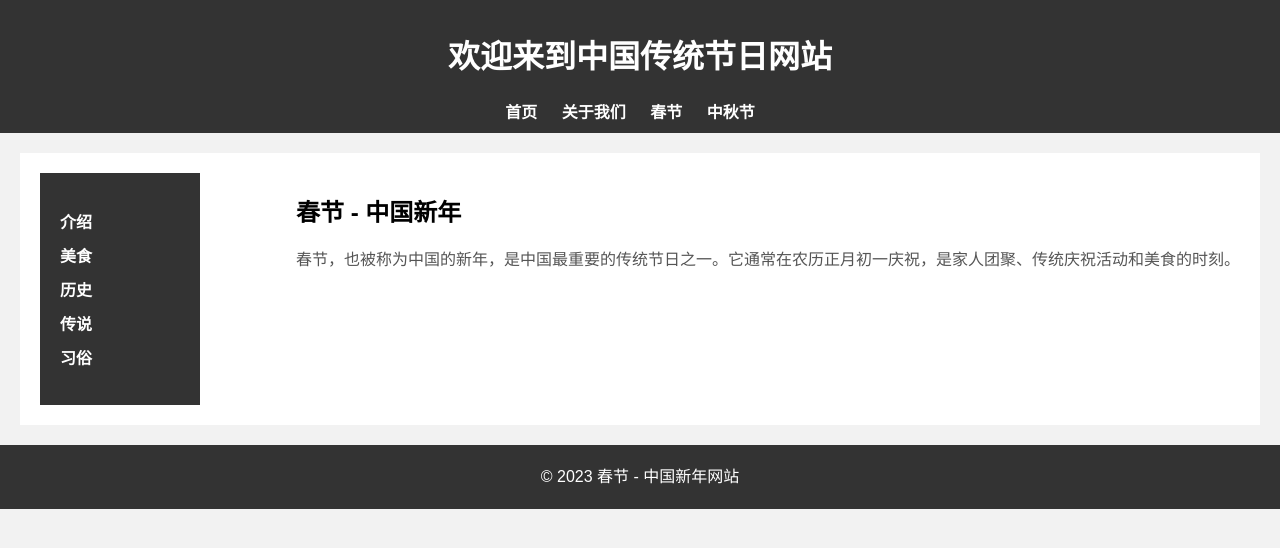
Repository: XueJie1/computer-operation-basics
Page: pages/springfes/springfestival.html
These files come from the project's save history. The page is drawn as it stood at one moment and after the next save; the edit follows.
The browser window is 1280 px wide. The pictures show the whole page.

Above is the page before, as saved 2023-08-31 18:14:54.

### pages/springfes/springfestival.html
<!DOCTYPE html>
<html lang="zh-CN">

<head>
    <meta charset="UTF-8">
    <meta name="viewport" content="width=device-width, initial-scale=1.0">
    <title>春节 - 中国新年</title>
    <link rel="stylesheet" type="text/css" href="../../css/styles.css" />
    <script src="https://cdn.bootcdn.net/ajax/libs/jquery/3.6.4/jquery.js"></script>
    <script src="../../js/main.js"></script>
</head>

<body>
    <div class="header">
        <h1>欢迎来到中国传统节日网站</h1>
        <nav>
            <ul>
                <li><a href="../../index.html">首页</a></li>
                <li><a href="../../about.html">关于我们</a></li>
                <li><a href="../springfes/springfestival.html">春节</a></li>
                <li><a href="../midautumn/midautumnfestival.html">中秋节</a></li>
            </ul>
        </nav>
    </div>
    <main>
        <div class="container">
            <div class="sidebar">
                <!-- 侧边栏 -->
                <ul>
                    <li><a href="#introduction">介绍</a></li>
                    <li><a href="#cuisine">美食</a></li>
                    <li><a href="#history">历史</a></li>
                    <li><a href="#legend">传说</a></li>
                    <li><a href="#customs">习俗</a></li>
                </ul>
            </div>

            <!-- 介绍 -->
            <section id="introduction">
                <div id="introduction"></div>
            </section>

            <!-- 美食 -->
            <section id="cuisine" style="display: none;">
                <div id="cuisine"></div>
            </section>

            <!-- 历史 -->
            <section id="history" style="display: none;">
                <h2>历史</h2>
                <p>春节的历史可以追溯到数千年前，它与农历和农耕社会的传统有关。了解春节的历史背景和发展。</p>
            </section>

            <!-- 传说 -->
            <section id="legend" style="display: none;">
                <h2>传说</h2>
                <p>春节有许多与之相关的传说，包括年兽的故事、关于赛龙舟的传说等。这些传说丰富了节日的文化内涵。</p>
            </section>

            <!-- 习俗 -->
            <section id="customs" style="display: none;">
                <h2>习俗</h2>
                <p>春节有许多独特的习俗，如贴春联、舞龙舞狮、赏花灯、给红包等。这些习俗代代传承，为节日增添了色彩。</p>
            </section>
    </main>
    </div>

    <div class="footer">
        <!-- 在这里包含网站的页脚部分，如版权信息等 -->
        <p>&copy; 2023 春节 - 中国新年网站</p>
    </div>

    <script>
        $("#introduction").load("introduction.html");
        $("#cuisine").load("cuisine.html");
    </script>
    <!-- <script>
        $(document).ready(function () {
            // 为侧边栏链接绑定点击事件
            $('.sidebar a').on('click', function (e) {
                e.preventDefault(); // 阻止默认链接行为

                // 获取点击链接的href属性值
                var target = $(this).attr('href');

                // 隐藏所有的section
                $('main section').hide();

                // 显示目标section
                $(target).show();
            });
        });
    </script> -->
</body>

</html>

### css/styles.css

body {
    font-family: Arial, sans-serif;
    margin: 0;
    padding: 0;
    background-color: #f2f2f2;
}

/* 样式化导航菜单 */
header , .header{
    background-color: #333;
    color: #fff;
    padding: 10px 0;
}


.header h1, header h1{
    text-align: center;
    text-decoration: none;
    color: #fff;
}


nav ul {
    list-style-type: none;
    margin: 0;
    padding: 0;
    text-align: center;
}

nav ul li {
    display: inline;
    margin-right: 20px;
}

nav ul li a {
    text-decoration: none;
    color: #fff;
    font-weight: bold;
    font-size: 16px;
}

nav ul li a:hover {
    color: #ff9900; /* 鼠标悬停时的颜色 */
}

main {
    margin: 20px 20px 20px 20px;
}

footer p , .footer p{
    color: #fff;
    text-align: center;
    background-color: #333;
    padding-top: 20px;
    padding-bottom: 20px;
}

/* 为网页容器设置样式 */
.container {
    display: flex;
}

/* 侧边栏样式 */
.sidebar {
    flex: 0 0 10%; /* 侧边栏占据25%的宽度 */
    background-color: #333;
    color: #fff;
    padding: 20px;
}

.sidebar ul {
    list-style-type: none;
    padding: 0;
}

.sidebar ul li {
    margin-bottom: 10px;
}

.sidebar ul li a {
    text-decoration: none;
    color: #fff;
    font-weight: bold;
    font-size: 16px;
}

/* 主内容区域样式 */
main {
    flex: 0 0 75%; /* 主内容区域占据75%的宽度 */
    background-color: #fff;
    padding: 20px;
}

/* 标题样式 */
/* h1 {
    font-size: 28px;
    color: #333;
    margin-top: 0;
} */

h2 {
    font-size: 24px;
    color: #333;
}

/* 正文样式 */
p {
    font-size: 16px;
    line-height: 1.5;
    color: #555;
}

section {
    margin-left: auto;
}

### js/main.js

    $(document).ready(function () {
        // 为侧边栏链接绑定点击事件
        $('.sidebar a').on('click', function (e) {
            e.preventDefault(); // 阻止默认链接行为

            // 获取点击链接的href属性值
            var target = $(this).attr('href');

            // 隐藏所有的section
            $('main section').hide();

            // 显示目标section
            $(target).show();
        });
    });

### pages/springfes/introduction.html
<h1>春节 - 中国新年</h1>
<p>春节，也被称为中国的新年，是中国最重要的传统节日之一。它通常在农历正月初一庆祝，是家人团聚、传统庆祝活动和美食的时刻。</p>

### pages/springfes/cuisine.html
<h2>美食</h2>
<p>春节期间，人们会品尝各种传统美食，其中包括饺子、年糕、鱼等。这些食物在节日期间具有特殊的象征意义。</p>

After the next save:
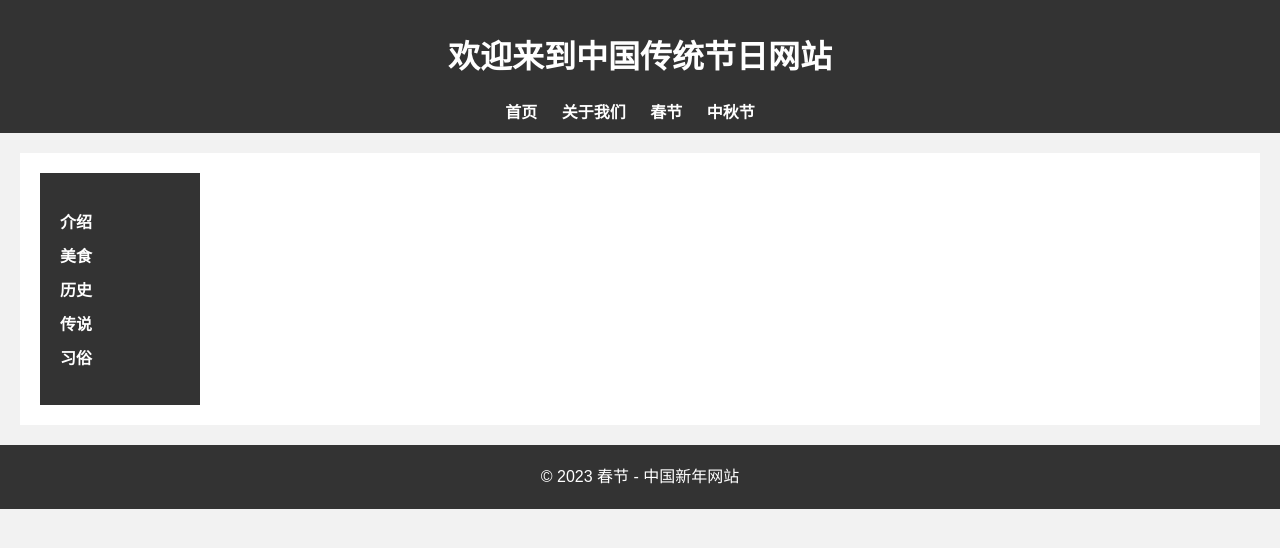
Saved 82 s later.
--- a/pages/springfes/springfestival.html
+++ b/pages/springfes/springfestival.html
@@ -7,7 +7,7 @@
     <title>春节 - 中国新年</title>
     <link rel="stylesheet" type="text/css" href="../../css/styles.css" />
     <script src="https://cdn.bootcdn.net/ajax/libs/jquery/3.6.4/jquery.js"></script>
-    <script src="../../js/main.js"></script>
+
 </head>
 
 <body>
@@ -69,11 +69,11 @@
         <!-- 在这里包含网站的页脚部分，如版权信息等 -->
         <p>&copy; 2023 春节 - 中国新年网站</p>
     </div>
-
-    <script>
+    <script src="../../js/main.js"></script>
+    <!-- <script>
         $("#introduction").load("introduction.html");
         $("#cuisine").load("cuisine.html");
-    </script>
+    </script> -->
     <!-- <script>
         $(document).ready(function () {
             // 为侧边栏链接绑定点击事件

After the save that followed:
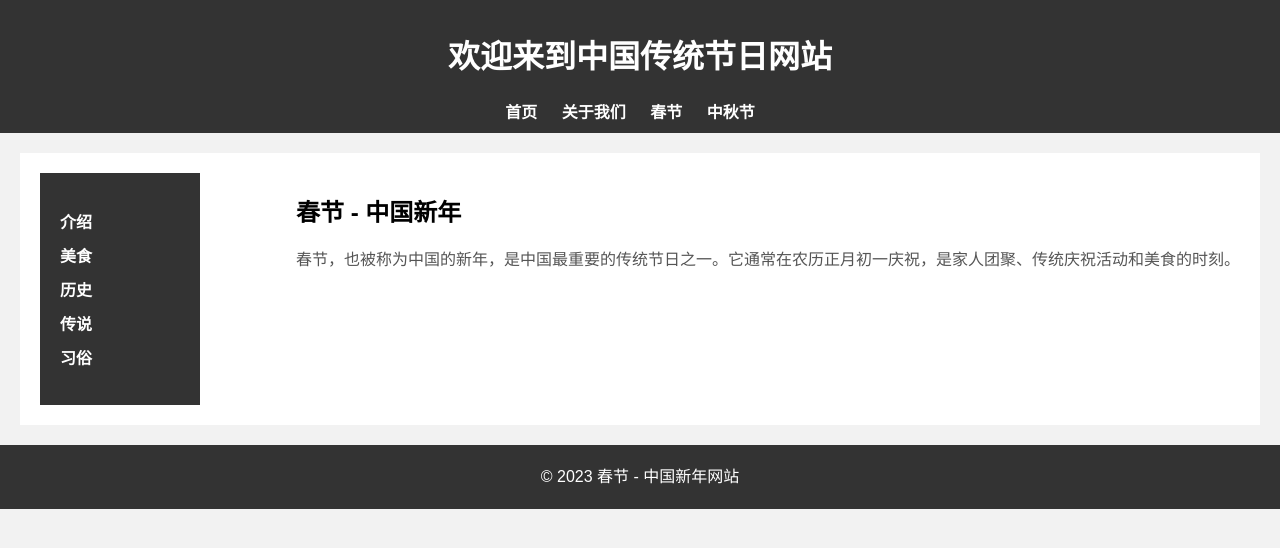
Saved 41 s later.
--- a/pages/springfes/springfestival.html
+++ b/pages/springfes/springfestival.html
@@ -69,11 +69,11 @@
         <!-- 在这里包含网站的页脚部分，如版权信息等 -->
         <p>&copy; 2023 春节 - 中国新年网站</p>
     </div>
-    <script src="../../js/main.js"></script>
-    <!-- <script>
+
+    <script>
         $("#introduction").load("introduction.html");
         $("#cuisine").load("cuisine.html");
-    </script> -->
+    </script>
     <!-- <script>
         $(document).ready(function () {
             // 为侧边栏链接绑定点击事件
